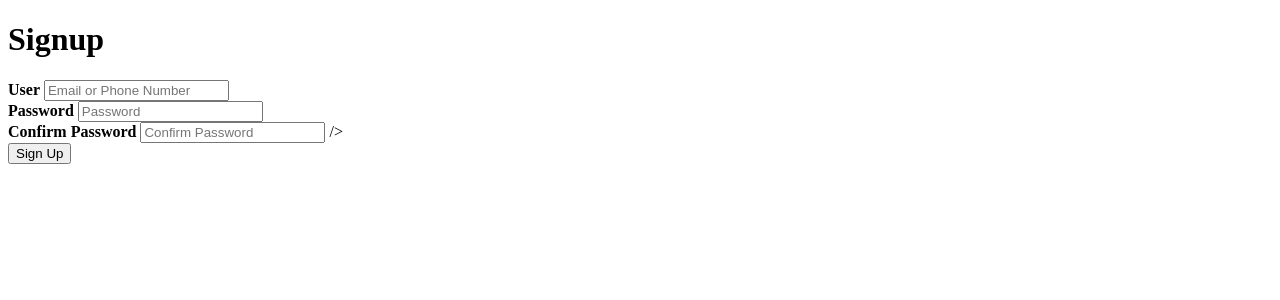
Repository: Naohonproject/web101x02_asm1
Page: Signup.html
An editor plug-in stored every save of this project. The page is shown before and after the next save, followed by the edit.
The browser window is 1280 px wide. The pictures show the whole page.

Above is the page before, as saved 2022-01-16 00:19:03.

### Signup.html
<!-- @format -->

<!DOCTYPE html>
<html lang="en">
	<head>
		<meta charset="UTF-8" />
		<meta http-equiv="X-UA-Compatible" content="IE=edge" />
		<meta name="viewport" content="width=device-width, initial-scale=1.0" />
		<title>Signup</title>
	</head>
	<body>
		<form class="form" id="form-signup" action="" method="">
			<div id="wrapper">
				<div class="logo">
					<h1>Signup</h1>
				</div>
				<div class="user-input">
					<label for="user-id"><strong>User</strong></label>
					<input
						type="text"
						id="user-id"
						required
						placeholder="Email or Phone Number"
					/>
				</div>

				<div class="user-input">
					<label for="user-pass"><strong>Password</strong></label>
					<input type="text" id="user-pass" required placeholder="Password" />
				</div>
				<div class="user-input">
					<label for="user-pass"><strong>Confirm Password</strong></label>
					<input
						type="text"
						id="user-pass"
						required
						placeholder="Confirm Password"
					/>
					/>
				</div>

				<div class="btn">
					<button type="button">Sign Up</button>
				</div>
			</div>
		</form>
	</body>
</html>

### assets/css/style.css
/** @format */

/* common */

/* reset css */
* {
	box-sizing: border-box;
	padding: 0;
	margin: 0;
	text-decoration: none;
	color: #000;
}

/* row style */

/* collumn style */

/* Set text lineweight to Bold */
.bold-text {
	font-weight: 640;
}
.white-text {
	color: #fff !important;
}

.pull-left {
	float: left !important;
}

.pull-right {
	float: right !important;
}

.box-padding {
	padding: 40px 56px 30px;
}

.clear {
	clear: both;
}

/* specific */

html {
	font-family: Arial, Helvetica, sans-serif;
}

body {
	padding: 0 32px;
}
/* start styling header */
#header {
	height: 56px;
	width: 100%;
	background-color: #fff;
	background-clip: border-box;
	color: #000;
	font-size: 16px;
	text-transform: uppercase;
	font-weight: 500;
	position: fixed;
	top: 0;
	left: 0;
	z-index: 1;
	padding: 0 32px;
}

.header-wrapper {
	height: 100%;
	padding: 0 64px;
}

#header li:hover {
	background-color: #282830;
	cursor: pointer;
}
#header li:hover a {
	color: #fff;
}

#header li {
	display: inline-block;
	margin-left: 16px;
	line-height: 56px;
	padding: 0 16px;
}
/* end styling header */

/* start styling banner */
#banner {
	width: 100%;
	margin-top: 56px;
	padding-top: 39.123607%;
	background: url(../img/banner/banner.png) top center / cover no-repeat;
	background-origin: border-box;
	position: relative;
	top: 0;
	left: 0;
}

.banner-text-content {
	position: absolute;
	top: 160px;
	left: 56px;
}

#banner .content-heading,
.content-desc {
	font-family: "Times New Roman", Times, serif;
}

#banner .content-heading {
	font-size: 28px;
}

#banner .content-desc {
	font-size: 24px;
}
/* end styling banner */

/* start styling content */
#content {
	background-color: #e7e7e7;
	width: 100%;
	background-clip: border-box;
}

#content .content-heading h2,
p {
	padding: 4px 0;
}

#content .content-heading {
	margin-bottom: 20px;
}
#content img {
	display: block;
	width: 100%;
}

#content .image-block {
	float: left;
	width: calc(100% / 3);
	padding: 0 16px;
}

#content .content-images-table {
	margin-left: -16px;
	margin-right: -16px;
}

.image-block .first-img {
	margin-bottom: 40px;
}
/* end styling content */

/* start styling footer */
#footer {
	background-color: #ccc;
}

#footer .footer-block {
	float: left;
	max-width: calc(100% / 3);
	padding: 0 16px;
}

#footer .footer-wrapper {
	padding-bottom: 56px;
}

#footer h3,
p,
a {
	padding: 12px 0px;
}

#footer p {
	line-height: 24px;
}
#footer a {
	color: #1dabb8;
}
/* end styling footer */

/* start styling login.html */

.container {
	background-color: #f0f2f5;
}
.form-wrapper {
	width: 500px;
	margin: 0 auto;
	text-align: center;
	position: relative;
	top: 200px;
	background-color: #f6f7f2;
	border-radius: 8px;
	padding: 10px 0px 24px;
}

.form .logo {
	padding: 20px 40px;
	margin-bottom: 16px;
}
.form .input {
	padding: 8px 24px;
	margin-bottom: 24px;
}

.form .user-input {
	padding: 18px 72px;
}

.form .user-input label {
	display: inline-block;
	float: left;
}

.form .user-input input {
	display: inline-block;
	float: right;
}

.btn-block .btn {
	padding: 5px 0;
	margin-bottom: 8px;
	position: relative;
}

.btn-block .btn button {
	font-size: 20px;
	display: inline-block;
	width: 400px;
	height: 36px;
	background-color: #1877f2;
	border-radius: 8px;
	border: solid 1px #ccc;
}

.btn-block a {
	font-size: 12px;
}

.btn-block .forgotten {
	margin-bottom: 40px;
	border-bottom: 1px solid #ccc;
	padding-bottom: 16px;
}

.btn-block .Create-acc {
	background-color: #92f22a;
	background-clip: padding-box;
	padding: 10px 56px;
	border-radius: 8px;
	margin-bottom: 40px;
}

.clear {
	clear: both;
}

After the next save:
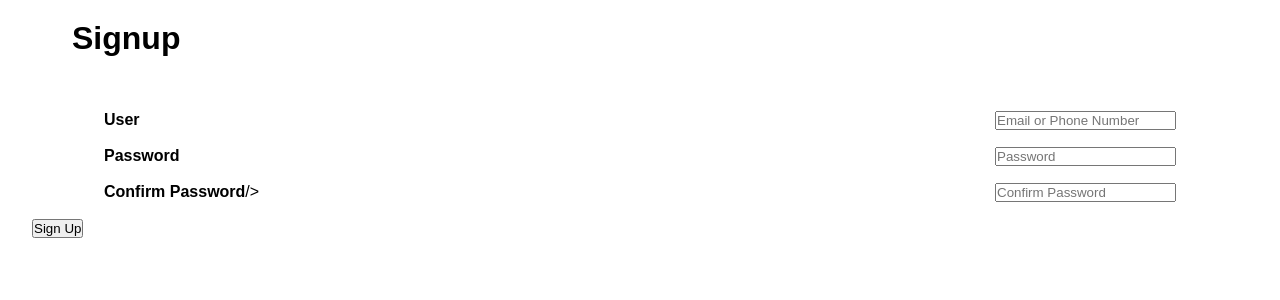
Saved 76 s later.
--- a/Signup.html
+++ b/Signup.html
@@ -6,6 +6,10 @@
 		<meta charset="UTF-8" />
 		<meta http-equiv="X-UA-Compatible" content="IE=edge" />
 		<meta name="viewport" content="width=device-width, initial-scale=1.0" />
+
+		<link rel="stylesheet" href="./assets/css/style.css" />
+		<link rel="stylesheet" href="./assets/css/responsive.css" />
+
 		<title>Signup</title>
 	</head>
 	<body>
